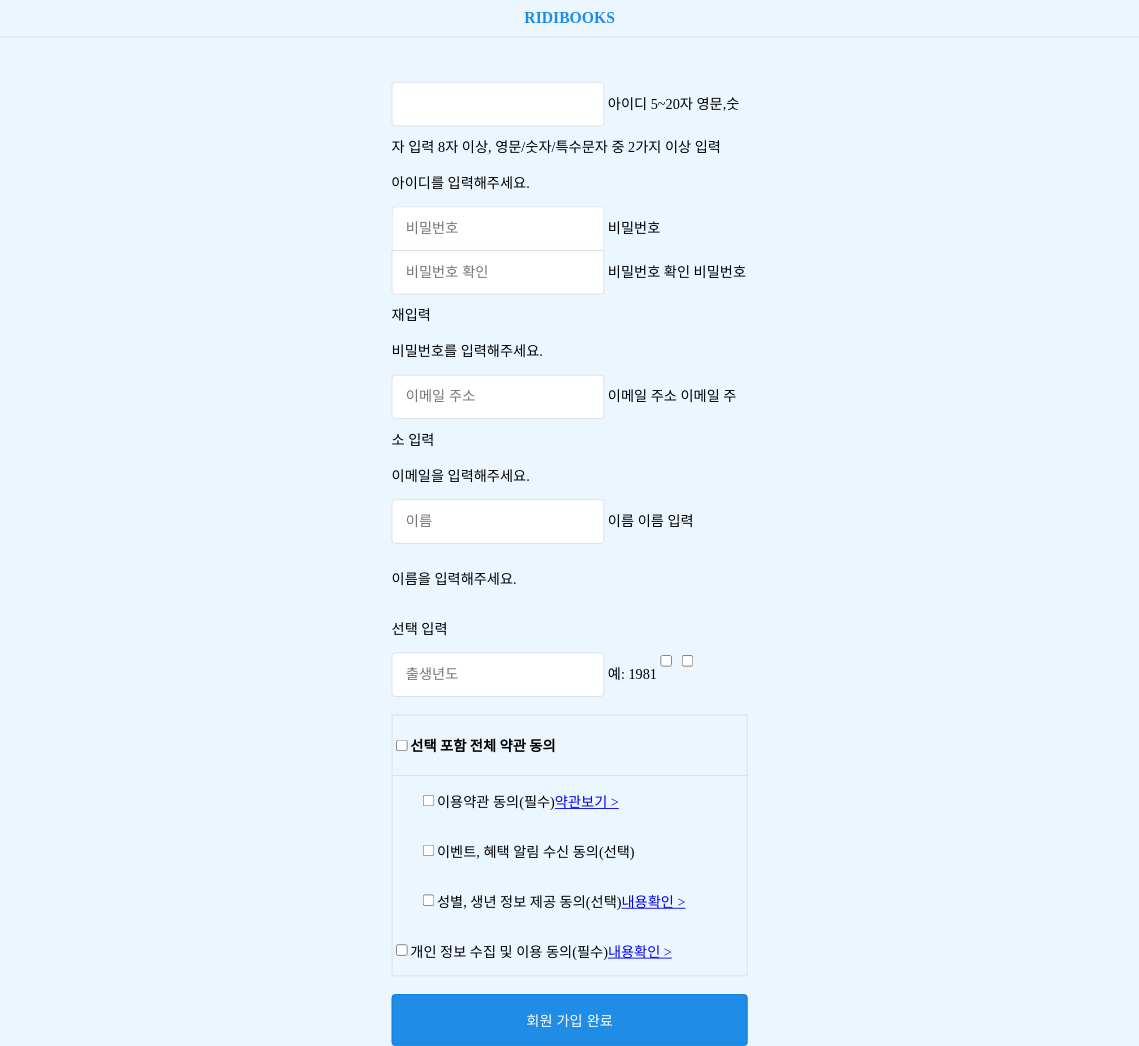
Repository: mega-teamproject/teamproject1
Page: html/join2.html
The author's editor kept a copy of each file at every save. The page is drawn from the files as they stood at one save, then again after the next save.
The browser window is 1280 px wide. The pictures show the whole page, at 89% of full size.

Above is the page before, as saved 2021-12-29 22:57:10.

After the next save:
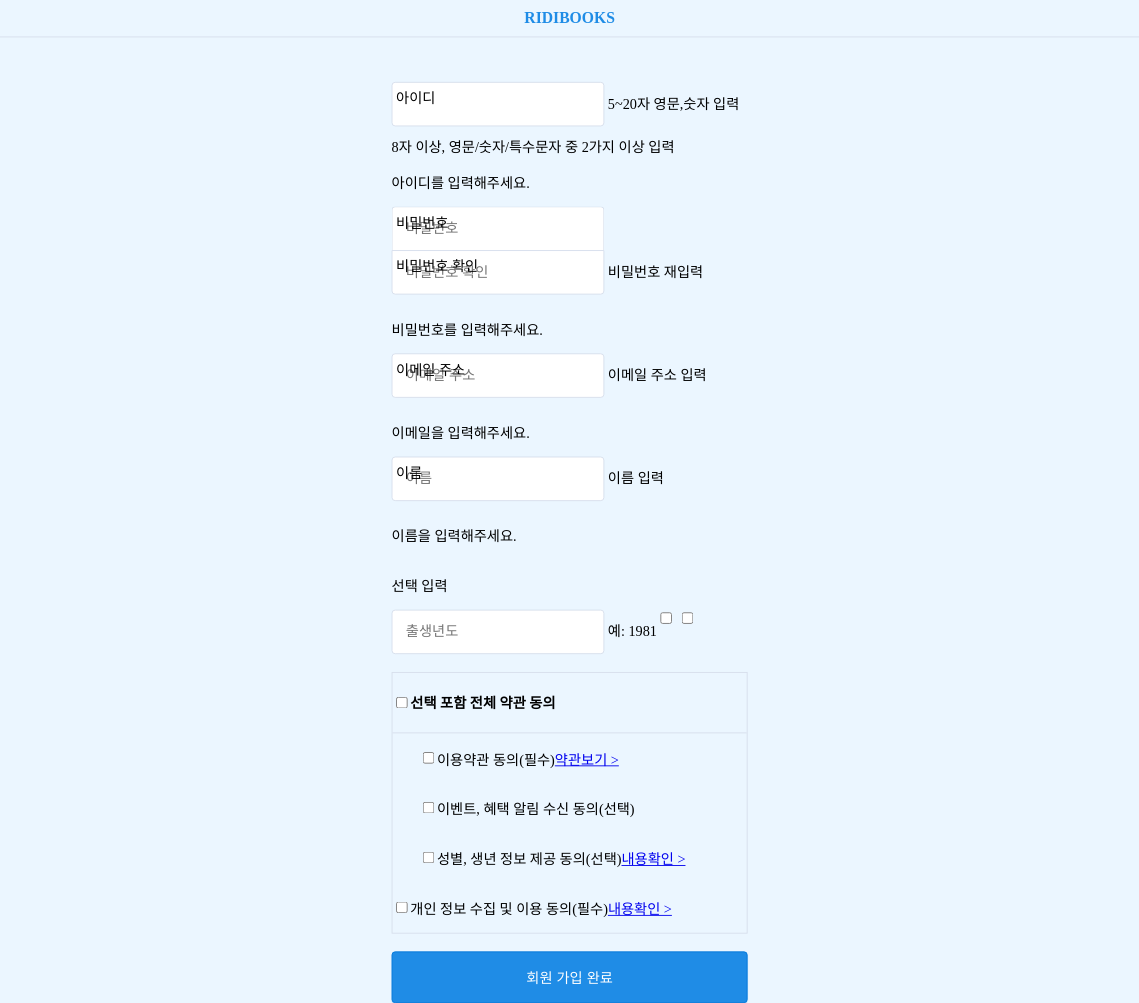
Saved 45 s later.
--- a/css/join2.css
+++ b/css/join2.css
@@ -41,6 +41,12 @@
 
 form .relative {
   position: relative;
+}
+
+form .relative span.placeholder {
+  position: absolute;
+  top: 5px;
+  left: 5px;
 }
 
 input.mt-b {
